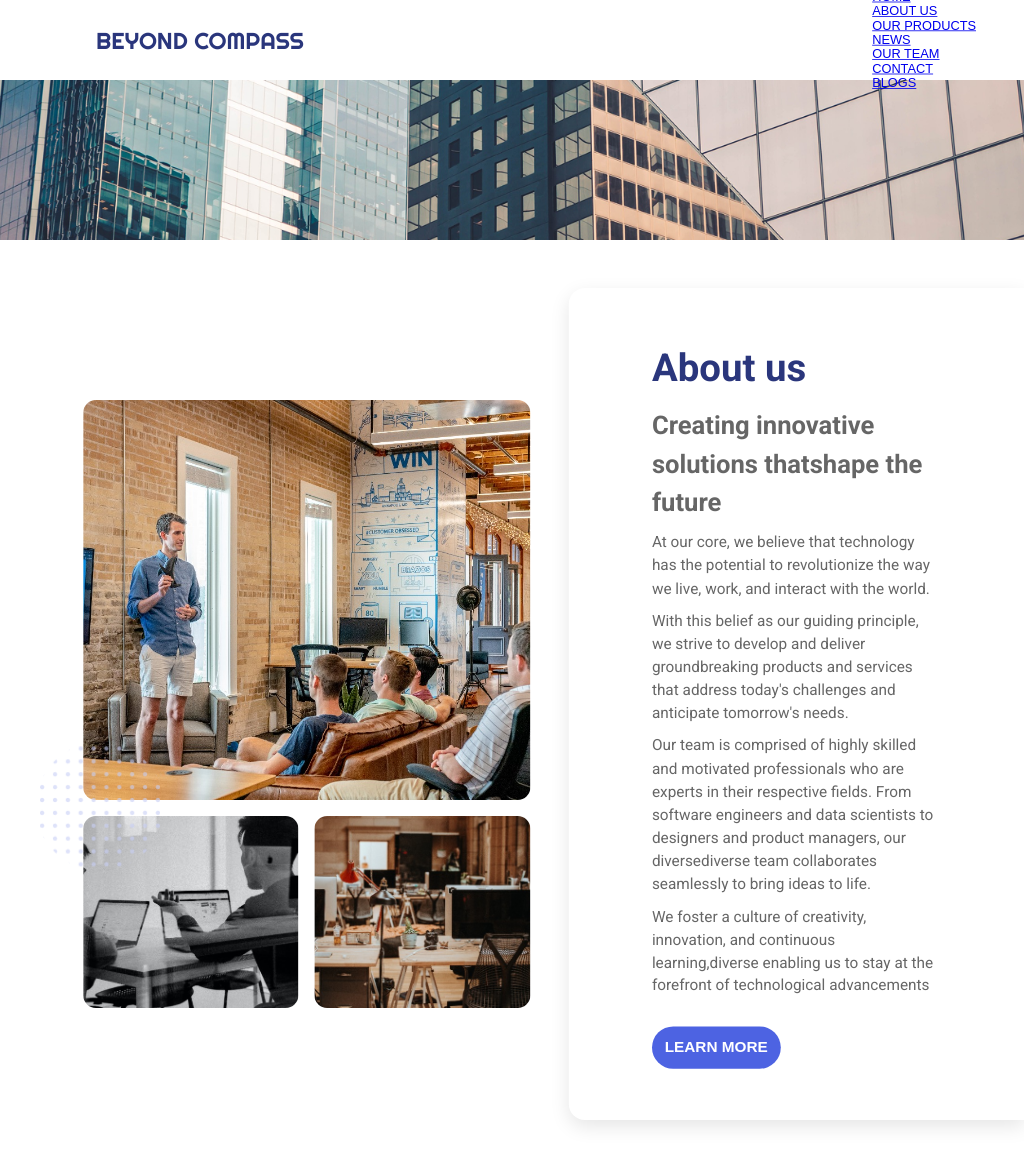
Repository: trunghau06/baitapRn
Page: pages/about.html
An editor plug-in stored every save of this project. The page is shown before and after the next save, followed by the edit.
The browser window is 1280 px wide. The pictures show the whole page, at 80% of full size.

Above is the page before, as saved 2025-10-10 11:09:26.

After the next save:
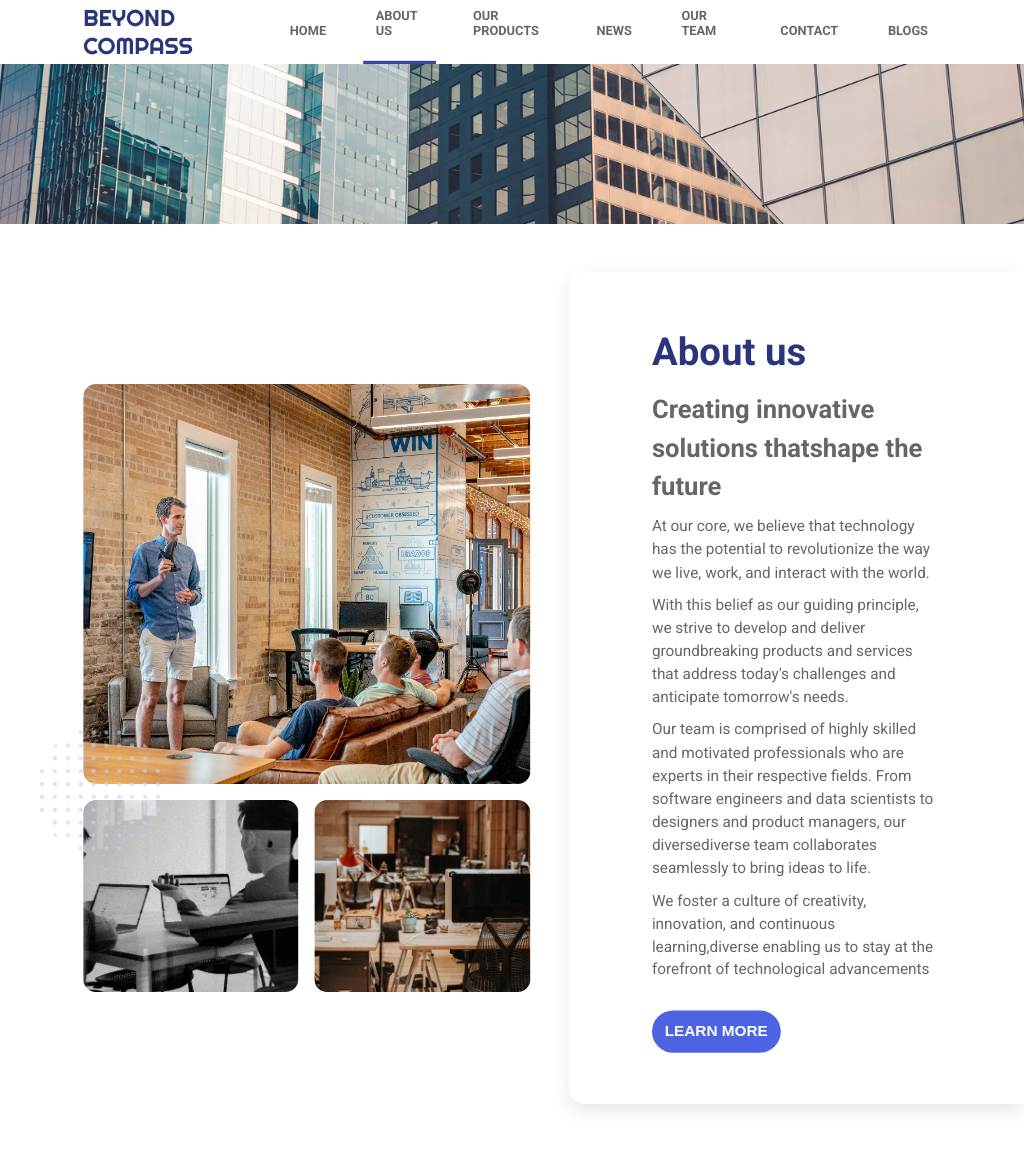
Saved 30 s later.
--- a/style/about.css
+++ b/style/about.css
@@ -17,11 +17,11 @@ body {
     left: 0;
     width: 100%;
     margin: 0 auto;
-    padding: 0 60px;
+    padding: 0 104px;
     display: flex;
     justify-content: space-between;
     align-items: center;
-    height: 100px;
+    height: 80px;
     background-color: white;
     z-index: 1000;
 }
@@ -33,49 +33,43 @@ body {
     color: #2A367C;
     font-size: 1.8em;
     font-weight: 400;
-    padding-left: 60px;
 }
 
 /* Menu */
-nav ul {
-    list-style: none;
+nav {
     display: flex;
     gap: 30px;
-    padding-right: 60px;
+    align-items: flex-end;
+    align-self: flex-end;
 }
 
-nav ul li a {
+.menu-item {
+    padding: 12px 16px 28px 16px;
+    display: flex;
+    justify-content: center;
+    border-bottom: 4px solid transparent;
+    transition: border-color 0.3s;
+}
+
+.menu-item:hover {
+    border-bottom-color: #3746A0;
+}
+
+.menu-item.active {
+    border-bottom-color: #3746A0;
+}
+
+.menu-item a {
     text-decoration: none;
     color: #666666;
     font-size: 1em;
     font-weight: 700;
-    padding-bottom: 28px;
     font-family: 'Roboto', Arial, sans-serif;
-    position: relative;
-}
-
-nav ul li a::after {
-    content: '';
-    position: absolute;
-    bottom: 0;
-    left: -10px;
-    right: -10px;
-    height: 4px;
-}
-
-nav ul li a:hover,
-nav ul li a.active {
-    color: #3746A0;
-}
-
-nav ul li a:hover::after,
-nav ul li a.active::after {
-    background-color: #3746A0;
 }
 
 /* Banner */
 .header-banner {
-    margin-top: 100px;
+    margin-top: 80px;
     width: 100%;
     height: 200px;
     background-image: url('../Images/anhHeader_2.png');
